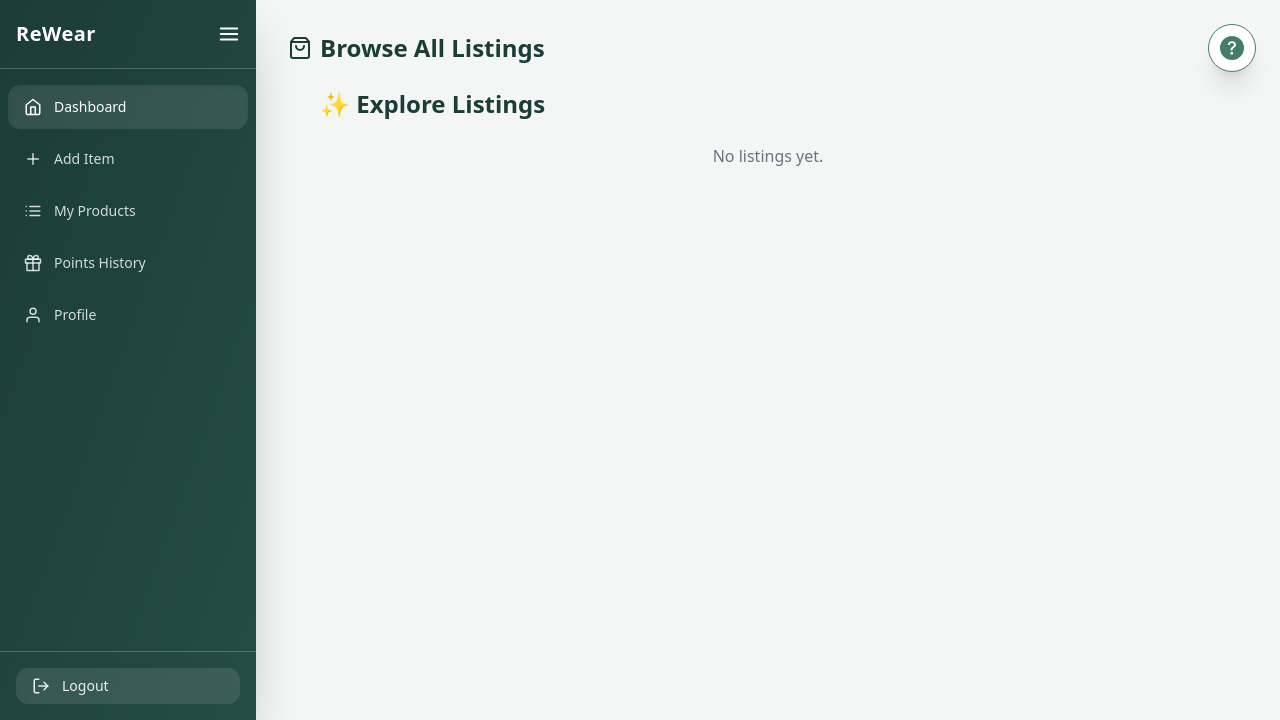
Repository: Swastikkkkk/vv
Page: /user (app in OneDrive/Desktop/Yuzichahal/frontend/)
The author's editor kept a copy of each file at every save. The page is drawn from the files as they stood at one save, then again after a run of saves.
The browser window is 1280 px wide. The pictures show the whole page.
The page's requests for data from a server got no answer. The project was rebuilt for these pictures with package versions that can differ from the ones it lists, and the page was loaded fresh each time. No one was signed in, and anything a server would have sent is missing. Also part of the build but not shown: OneDrive/Desktop/Yuzichahal/frontend/vite.config.js, OneDrive/Desktop/Yuzichahal/frontend/src/components/Navbar.jsx, OneDrive/Desktop/Yuzichahal/frontend/src/components/Herosection.jsx, OneDrive/Desktop/Yuzichahal/frontend/src/components/CategoriesSection.jsx, OneDrive/Desktop/Yuzichahal/frontend/src/components/Footer.jsx, OneDrive/Desktop/Yuzichahal/frontend/src/components/LandingPage.jsx, OneDrive/Desktop/Yuzichahal/frontend/src/components/Particles.css, OneDrive/Desktop/Yuzichahal/frontend/src/components/Signup.jsx and 9 more.

Above is the page before, as saved 2025-07-12 14:09:29.

After the next 2 saves:
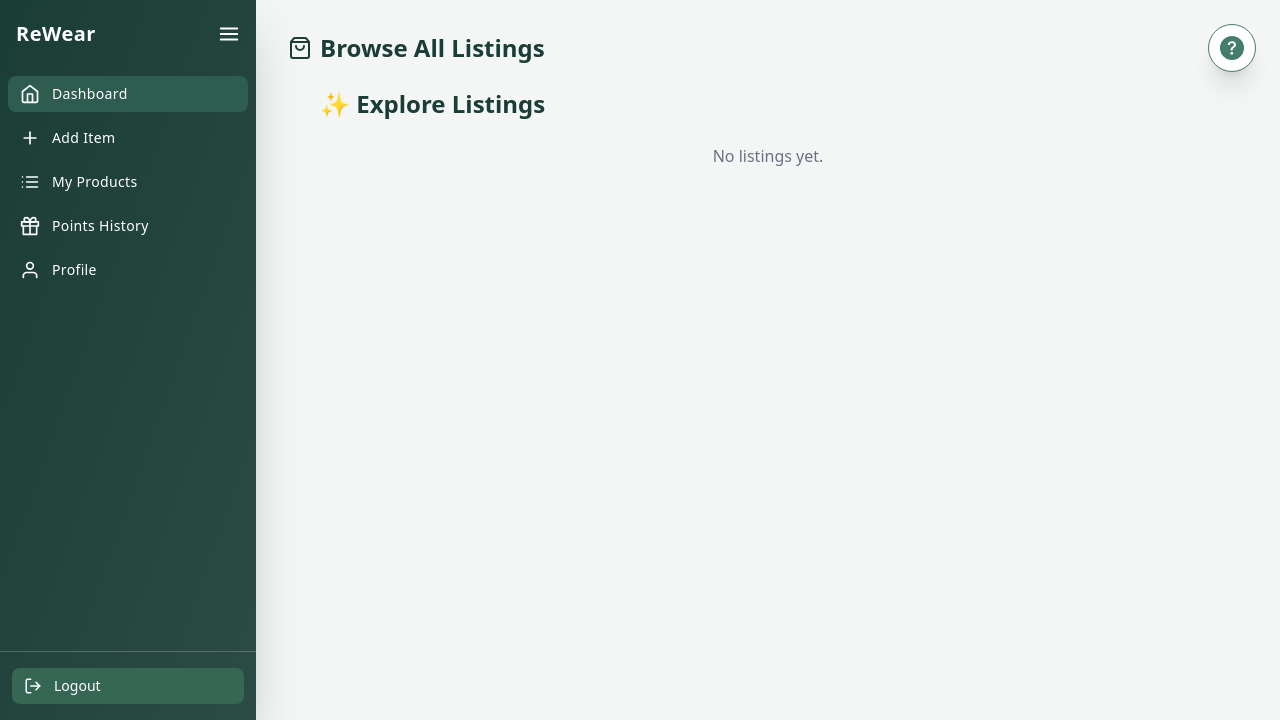
The 2 saves are shown as one change because they came seconds apart.
The last was saved 38 s later.
--- a/OneDrive/Desktop/Yuzichahal/frontend/src/components/user/Sidebar.jsx
+++ b/OneDrive/Desktop/Yuzichahal/frontend/src/components/user/Sidebar.jsx
@@ -112,54 +112,55 @@ const Sidebar = () => {
 
   return (
     <div
-      className={`h-screen bg-gradient-to-br from-[#1a3d35] to-[#254d45] text-white shadow-2xl flex flex-col justify-between transition-all duration-500 ease-in-out
+      className={`font-inter h-screen bg-gradient-to-br from-[#1a3d35] to-[#2c4b44] text-white shadow-2xl flex flex-col justify-between
+        transition-all duration-500 ease-in-out
         ${collapsed ? 'w-[72px]' : 'w-64'}
       `}
     >
       {/* Top Section */}
-      <div className="space-y-4">
-        {/* Logo & Collapse Button */}
-        <div className="flex items-center justify-between px-4 py-5 border-b border-white/20">
-          {!collapsed && <h2 className="text-xl font-bold tracking-wide">ReWear</h2>}
+      <div>
+        {/* Logo & Collapse Toggle */}
+        <div className="flex items-center justify-between px-4 py-5">
+          {!collapsed && (
+            <h2 className="text-xl font-bold tracking-wide text-white">ReWear</h2>
+          )}
           <button
             onClick={() => setCollapsed(!collapsed)}
-            className="text-white transition-transform duration-300 hover:scale-110"
+            className="text-white focus:outline-none transition-transform duration-300 hover:scale-110"
           >
             <FiMenu size={22} />
           </button>
         </div>
 
-        {/* Navigation */}
-        <nav className="px-2 flex flex-col gap-2">
+        {/* Navigation Links */}
+        <nav className="px-2 space-y-2 mt-2">
           {navItems.map((item) => (
             <NavLink
               key={item.path}
               to={item.path}
               className={({ isActive }) =>
-                `group flex items-center gap-3 px-4 py-3 rounded-xl text-sm font-medium transition-all duration-200 ${
-                  isActive
-                    ? 'bg-white/10 text-white shadow-inner'
-                    : 'hover:bg-white/10 text-white/80'
-                }`
+                `flex items-center gap-3 px-3 py-2 rounded-lg transition-all duration-200
+                ${isActive ? 'bg-[#2e5c4f]' : 'hover:bg-[#2e5c4f]/70'}
+              `
               }
             >
-              <span className="text-lg group-hover:scale-110 transition-transform">
-                {item.icon}
-              </span>
-              {!collapsed && <span className="transition-opacity duration-300">{item.label}</span>}
+              <span className="text-xl">{item.icon}</span>
+              {!collapsed && (
+                <span className="text-sm font-medium tracking-wide">{item.label}</span>
+              )}
             </NavLink>
           ))}
         </nav>
       </div>
 
-      {/* Logout */}
-      <div className="px-4 py-4 border-t border-white/20">
+      {/* Logout Section */}
+      <div className="px-3 py-4 border-t border-white/20">
         <button
           onClick={handleLogout}
-          className="w-full flex items-center gap-3 px-4 py-2 rounded-xl bg-white/10 text-white/90 hover:bg-white/20 transition-all duration-200"
+          className="w-full flex items-center gap-3 py-2 px-3 text-sm font-medium rounded-lg bg-[#366755] hover:bg-[#2f5c4d] transition-all"
         >
           <FiLogOut className="text-lg" />
-          {!collapsed && <span className="text-sm">Logout</span>}
+          {!collapsed && <span>Logout</span>}
         </button>
       </div>
     </div>
